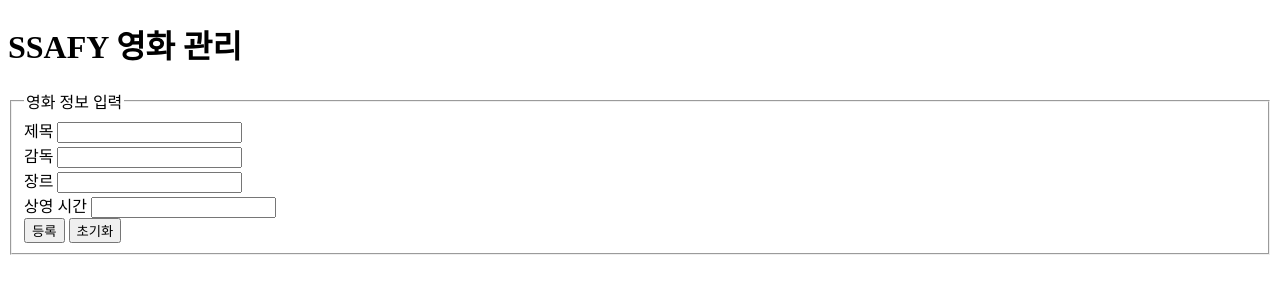
Repository: nkj0901/Personal-Repository
Page: http://localhost/back_db_ws_02_2/regist.jsp
An editor plug-in stored every save of this project. The page is shown before and after the next save, followed by the edit.
The browser window is 1280 px wide. The pictures show the whole page.
The page is served by Tomcat 9.

Above is the page before, as saved 2022-09-01 07:06:02.

After the next save:
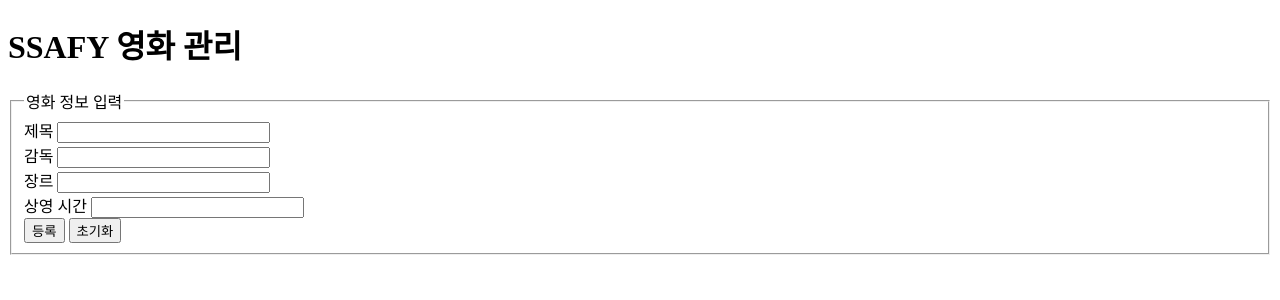
Saved 2 min 10 s later.
--- a/SSAFY/서블릿/back_db_ws_02_2/WebContent/regist.jsp
+++ b/SSAFY/서블릿/back_db_ws_02_2/WebContent/regist.jsp
@@ -4,6 +4,11 @@
 <head>
 <meta charset="UTF-8">
 <title>영화정보사이트</title>
+<style>
+input {
+padding-left: 30px
+}
+</style>
 </head>
 <body>
 	<!-- 메인화면을 구현하세요. -->
